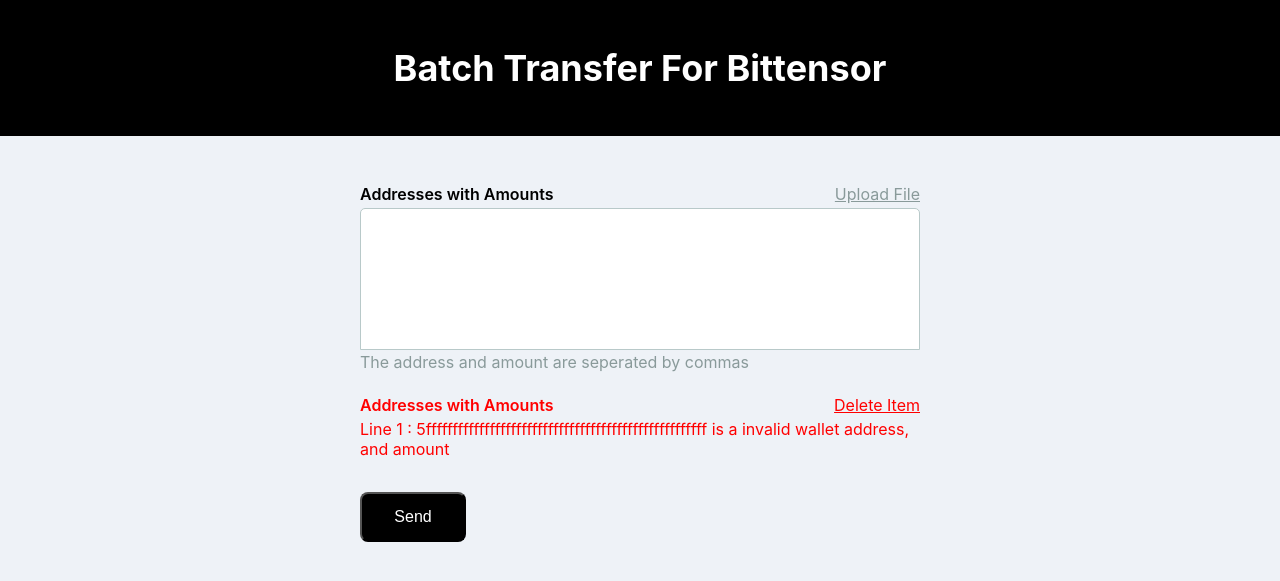
Repository: Dawid-Ace/batch_transfer_tao_master_ui
Page: /
These files come from the project's save history. The page is drawn as it stood at one moment and after the next save; the edit follows.
The browser window is 1280 px wide. The pictures show the whole page.
The project was rebuilt for these pictures with package versions that can differ from the ones it lists, and the page was loaded fresh each time.

Above is the page before, as saved 2023-05-10 04:32:11.

### src/App.js
import './App.css';
import { TransferForm } from './components/TransferForm';

function App() {
  return (
    <div className="app-container">
      <div className="header-container">
        Batch Transfer For Bittensor
      </div>

      <div className="main-container">
        <TransferForm />
      </div>
    </div>
  );
}

export default App;

### src/App.css
.app-container {
	display: flex;
	flex-direction: column;
	position: relative;
	width: 100%;
	height: 100vh;
}

.header-container {
	display: flex;
	justify-content: center;
	align-items: center;
	padding-top: 46px;
	padding-bottom: 46px;
	background-color: black;
	font-size: 36px;
	color: white;
	font-weight: 700;
}

.main-container {
	display: flex;
	justify-content: center;
	padding-top: 46px;
	background-color: rgb(238, 242, 247);
	height: 100%;
}

### src/components/TransferForm/index.jsx
import React, { useEffect, useState } from "react";
import styled from 'styled-components';
export const TransferForm = () => {
  /*
  const fetchUserBalance = async address => {
    const res = await api.query.system.account(address);
    if (res.isEmpty) return 0;
    const { data } = res.toJSON();
    return data.free / UNIT;
  };

  const fetchAndSetUserBalance = async () => {
    const _balance = await fetchUserBalance(currentAccount.address);
    setBalance(_balance);
  };

  const getFromAccount = async () => {
    const {
      address,
      meta: { source, isInjected }
    } = currentAccount;

    if (!isInjected) {
      return [currentAccount];
    }

    // currentAccount is injected from polkadot-JS extension, need to return the addr and signer object.
    // ref: https://polkadot.js.org/docs/extension/cookbook#sign-and-send-a-transaction
    const injector = await web3FromSource(source);
    return [address, { signer: injector.signer }];
  };

  const txResHandler = ({ status }) => {
    setTxStatus({
      visible: true,
      ...(status.isFinalized
        ? { type: 'success', message: 'Success' }
        : { type: 'info', message: `Current transaction status: ${status.type}` })
    });
    if (status.isFinalized) fetchInfo();
  };

  const txErrHandler = err => {
    setTxStatus({ visible: true, type: 'error', message: `😞 Transaction Failed: ${err.toString()}` });
  };

  const submitTx = async tx => {
    setPending(true);
    const fromAccount = await getFromAccount();
    tx.signAndSend(...fromAccount, txResHandler)
      .catch(txErrHandler)
      .finally(() => setPending(false));
  };

  const onUnstake = () => {
    submitTx(api.tx.subtensorModule.removeStake(HOTKEY, Math.floor(amount * UNIT)));
  };
  */

  const [inputMode, setInputMode] = useState('input');
  const isInputMode = inputMode === 'input';

  const FlexWrapper = styled.div`
    display: flex;
    justify-content: space-between;
    items-align: center;
  `

  const Label = styled.p`
    font-weight: 600;
    font-size: 16px;
    line-height: 160%;
    margin: 0px;
  `;

  const Switch = styled.p`
    color: ${(props) => (props.alert === true ? 'red' : '#899A9A')};
    font-size: 16px;
    font-weight: 400;
    line-height: 160%;
    text-decoration: underline;
    margin: 0px;
    cursor: pointer;
  `

  const FormWrapper = styled.form`
    max-width: 560px;
    min-width: 560px;
    display: flex;
    flex-direction: column;

    max-height: 360px;
    min-height: 360px;
    position: relative;
  `;

  const FormInput = styled.div`
    border: solid 1px #B8C9C9;
    border-top-left-radius: 5px;
    border-top-right-radius: 5px;
    padding: 20px;
    background-color: white;
    min-height: 100px;
  `

  const DragAndDrop = styled.div`
    display: flex;
    flex-direction: column;
    justify-content: center;
    align-items: center;
    gap: 17px;


    cursor: pointer;
    border: solid 1px #B8C9C9;
    border-top-left-radius: 5px;
    border-top-right-radius: 5px;
    padding: 20px;
    background-color: white;
    min-height: 100px;
  `

  const Comment = styled.div`
    color: #899A9A;
    font-weight: 400;
    font-size: 16px;
    line-height: 160%;
  `
  const SendButton = styled.button`
    width: 106px;
    height: 50px;
    background: #000000;
    border-radius: 8px;
    font-weight: 400;
    font-size: 16px;
    line-height: 160%;
    color: white;
    position: absolute;
    bottom: 0px;
  `

  const ResultWrapper = styled.div`
    display: flex;
    flex-direction: column;
    color: ${(props) => props.color};
    border-color: red;
    margin-top: 18px;
 `

  const ResultListItem = styled.div`
  `

  return (
    <>
      <FormWrapper>
        <FlexWrapper>
          <Label> Addresses with Amounts </Label>

          <Switch onClick={() =>
            setInputMode(prev => prev === 'input' ? 'upload' : 'input')
          }>
            {isInputMode ? 'Upload File' : 'Insert Manually'}
          </Switch>
        </FlexWrapper>

        {
          isInputMode ?
            <FormInput contentEditable placeholder="Insert address and amount, seperate with comma" />
            :
            <DragAndDrop>
              <svg width="18" height="20" viewBox="0 0 18 20" fill="none" xmlns="http://www.w3.org/2000/svg">
                <path d="M1 18H17C17.2652 18 17.5196 18.1054 17.7071 18.2929C17.8946 18.4804 18 18.7348 18 19C18 19.2652 17.8946 19.5196 17.7071 19.7071C17.5196 19.8946 17.2652 20 17 20H1C0.734784 20 0.48043 19.8946 0.292893 19.7071C0.105357 19.5196 0 19.2652 0 19C0 18.7348 0.105357 18.4804 0.292893 18.2929C0.48043 18.1054 0.734784 18 1 18ZM10 15V3.414L12.293 5.707C12.4816 5.88915 12.7342 5.98995 12.9964 5.98767C13.2586 5.98539 13.5094 5.88022 13.6948 5.69482C13.8802 5.50941 13.9854 5.2586 13.9877 4.9964C13.99 4.7342 13.8892 4.4816 13.707 4.293L9.707 0.292997C9.6139 0.200353 9.50347 0.126956 9.382 0.0769973C9.26106 0.0261718 9.13119 -7.62939e-06 9 -7.62939e-06C8.86881 -7.62939e-06 8.73894 0.0261718 8.618 0.0769973C8.49653 0.126956 8.3861 0.200353 8.293 0.292997L4.293 4.293C4.19749 4.38524 4.12131 4.49559 4.0689 4.61759C4.01649 4.7396 3.9889 4.87082 3.98775 5.0036C3.9866 5.13638 4.0119 5.26805 4.06218 5.39095C4.11246 5.51385 4.18671 5.6255 4.2806 5.71939C4.3745 5.81329 4.48615 5.88754 4.60905 5.93782C4.73194 5.9881 4.86362 6.0134 4.9964 6.01225C5.12918 6.01109 5.2604 5.98351 5.3824 5.9311C5.50441 5.87869 5.61475 5.80251 5.707 5.707L8 3.414V15C8 15.2652 8.10536 15.5196 8.29289 15.7071C8.48043 15.8946 8.73478 16 9 16C9.26522 16 9.51957 15.8946 9.70711 15.7071C9.89464 15.5196 10 15.2652 10 15Z" fill="#899A9A" />
              </svg>
              <Comment>
                Drop your files or click to upload
              </Comment>
            </DragAndDrop>
        }

        <Comment>
          {isInputMode ? 'The address and amount are seperated by commas' : 'Accepted CSV/Excel/Txt'}
        </Comment>

        <ResultWrapper color='red'>
          <FlexWrapper>
            <Label> Addresses with Amounts </Label>
            <Switch alert={true}>
              Delete Item
            </Switch>
          </FlexWrapper>

          <ResultListItem>
            Line 1 : 5fffffffffffffffffffffffffffffffffffffffffffffffffffff is a invalid wallet address, and amount
          </ResultListItem>
        </ResultWrapper>

        <SendButton>
          Send
        </SendButton>
      </FormWrapper>
    </>
  )
}

Loaded but not shown: public/index.html (common file); src/index.js (common file); src/index.css (common file); src/reportWebVitals.js (common file)

After the next save:
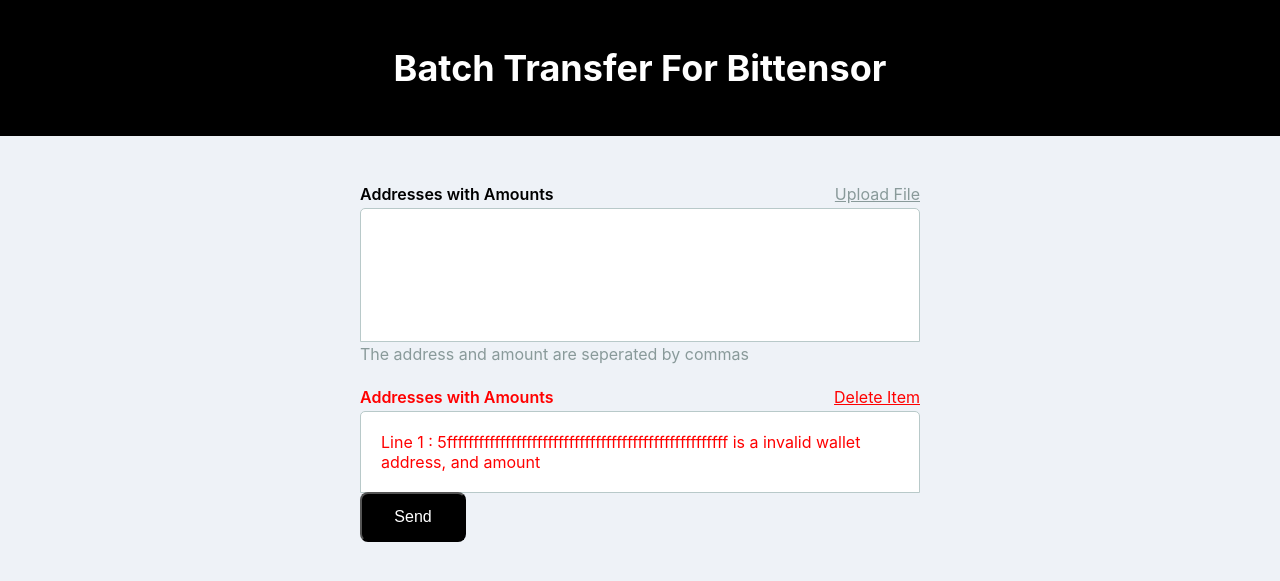
Saved 52 s later.
--- a/src/components/TransferForm/index.jsx
+++ b/src/components/TransferForm/index.jsx
@@ -98,7 +98,7 @@
     border: solid 1px #B8C9C9;
     border-top-left-radius: 5px;
     border-top-right-radius: 5px;
-    padding: 20px;
+    padding: 16px;
     background-color: white;
     min-height: 100px;
   `
@@ -148,6 +148,12 @@
  `
 
   const ResultListItem = styled.div`
+    border: solid 1px #B8C9C9;
+    border-top-left-radius: 5px;
+    border-top-right-radius: 5px;
+    padding: 20px;
+    background-color: white;
+    min-height: 40px;
   `
 
   return (
